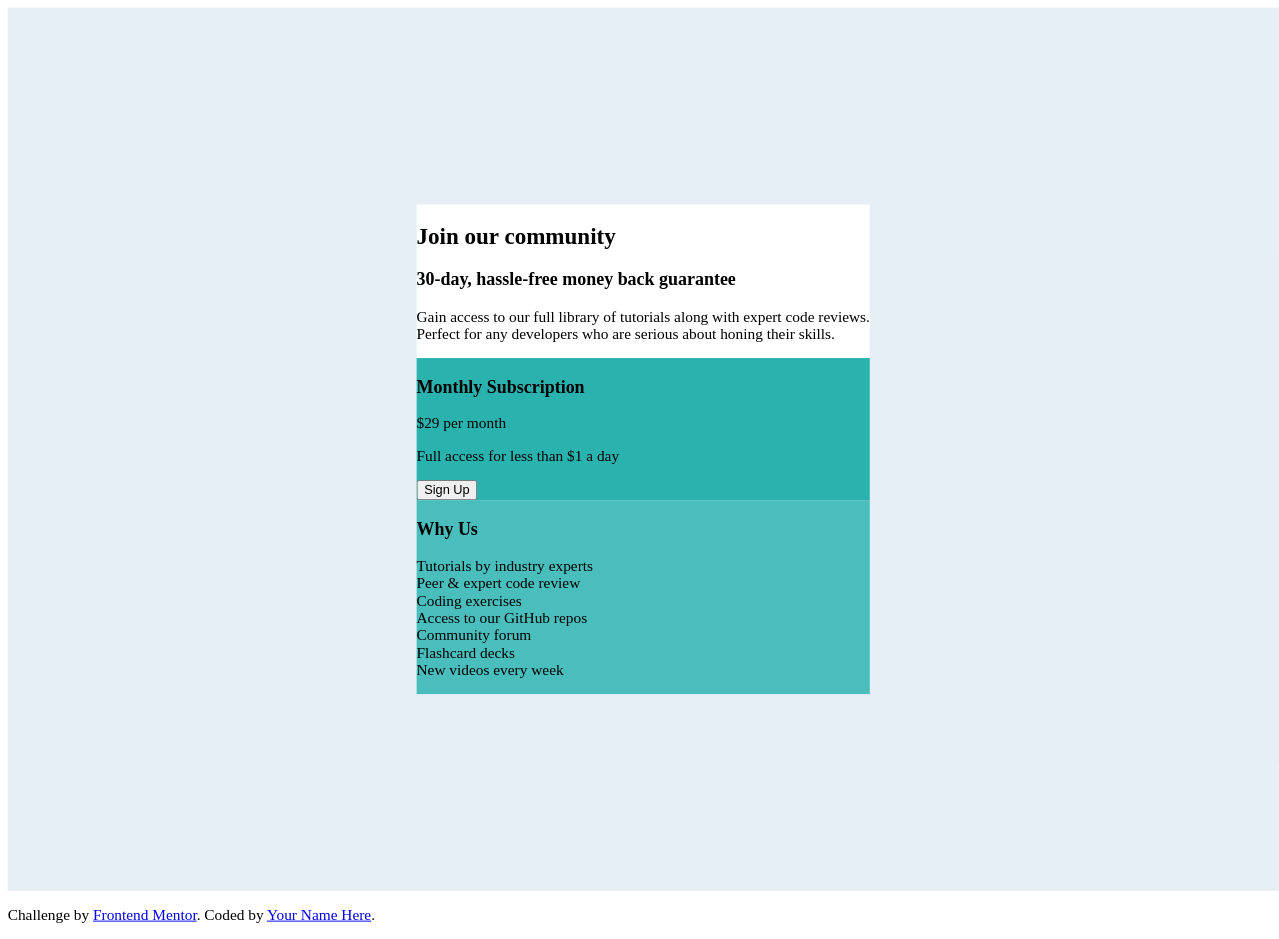
Repository: jminervino/PriceGridComponent
Page: index.html
The author's editor kept a copy of each file at every save. The page is drawn from the files as they stood at one save, then again after the next save.
The browser window is 1280 px wide. The page is 1332 px wide, so the pictures cover 1332 px, including what lies to the right of the window. The pictures show the whole page, at 96% of full size.

Above is the page before, as saved 2022-02-07 11:03:22.

### index.html
<!DOCTYPE html>
<html lang="en">
<head>
  <meta charset="UTF-8">
  <meta name="viewport" content="width=device-width, initial-scale=1.0"> <!-- displays site properly based on user's device -->

  <link rel="icon" type="image/png" sizes="32x32" href="./images/favicon-32x32.png">
  <link rel="stylesheet" href="style.css">

  <title>Frontend Mentor | Single Price Grid Component</title>

  <!-- Feel free to remove these styles or customise in your own stylesheet 👍 -->
  <style>
    .attribution { font-size: 11px; text-align: center; }
    .attribution a { color: hsl(228, 45%, 44%); }
  </style>
</head>
<body>
    <section>
        <div class="container">
            <div class="box-one">
                <h2>Join our community</h2>
                <h3>30-day, hassle-free money back guarantee</h3>
                <p>
                    Gain access to our full library of tutorials along with expert code reviews. <br>
                    Perfect for any developers who are serious about honing their skills.
                </p>
            </div>
            <div class="box-two">
                <h3>Monthly Subscription</h3>
                <p><span>&dollar;</span>29 per month</p>
                <p>Full access for less than &dollar;1 a day</p>
                <button>Sign Up</button>
            </div>
            <div class="box-three">
                <h3>Why Us</h3>
                <p>
                    Tutorials by industry experts <br>
                    Peer &amp; expert code review <br>
                    Coding exercises <br>
                    Access to our GitHub repos <br>
                    Community forum <br>
                    Flashcard decks <br>
                    New videos every week <br>
                </p>
            </div>
        </div>
    </section>
  <footer>
    <p>
      Challenge by <a href="https://www.frontendmentor.io?ref=challenge" target="_blank">Frontend Mentor</a>.
      Coded by <a href="#">Your Name Here</a>.
    </p>
  </footer>
</body>
</html>

### style.css
@import url('https://fonts.googleapis.com/css2?family=Karla:ital,wght@0,200;1,200&family=Open+Sans+Condensed:wght@300&family=Quicksand:wght@300;400;500;600;700&display=swap');


section {
    min-height: 100vh;
    width: 100%;
    display: flex;
    align-items: center;
    justify-content: center;
    background-color: hsl(204, 43%, 93%);
    padding: 100px 30px;

}

.container {
    display: grid;

    grid-auto-rows: minmax(50px, auto);

}

.box-one  {
    background-color: #ffffff;
}

.box-two {
    background-color: hsl(179, 62%, 43%);
}

.box-three {
    background-color: #4abebd;
}

After the next save:
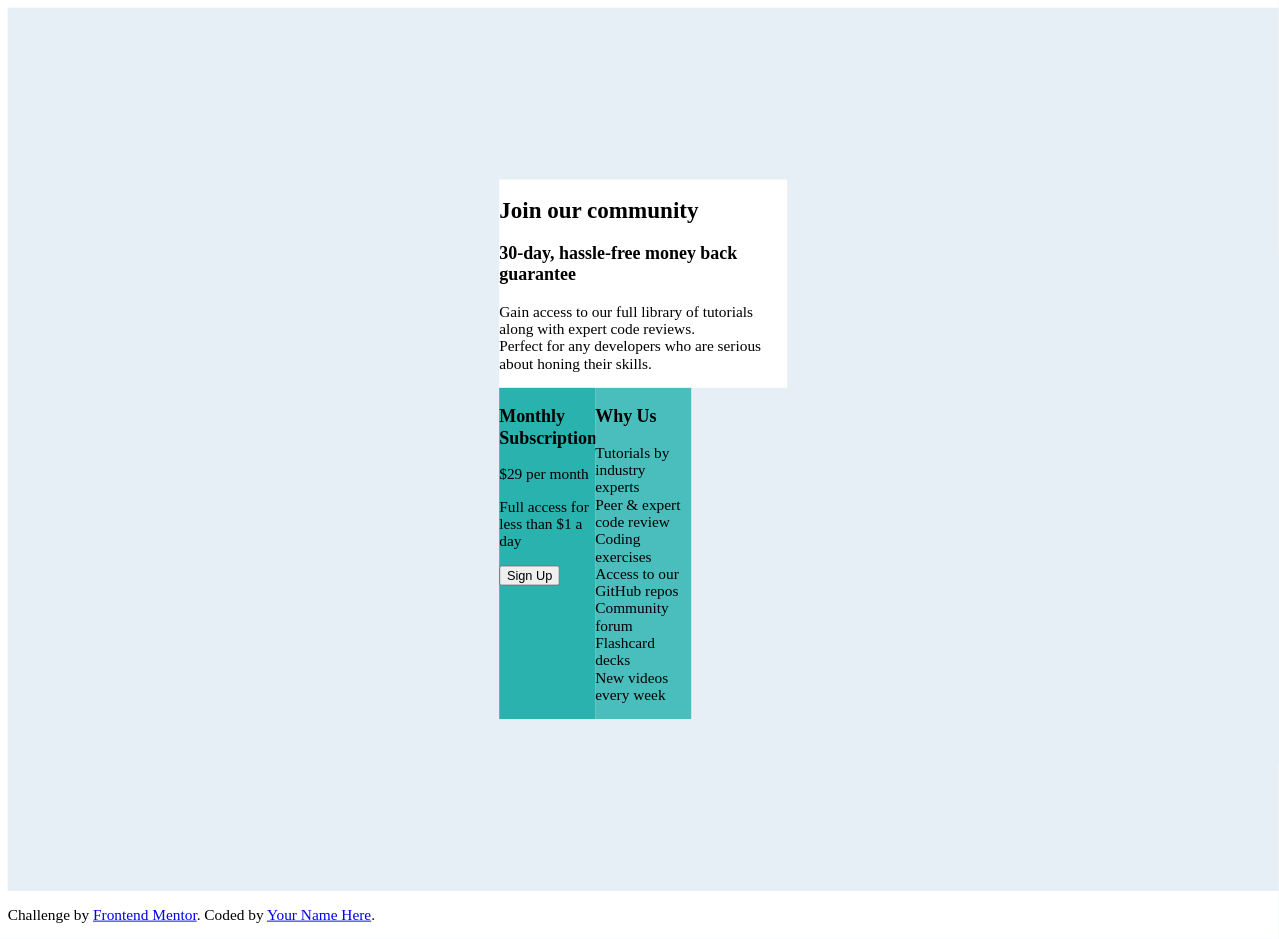
Saved 7 s later.
--- a/style.css
+++ b/style.css
@@ -14,13 +14,14 @@ section {
 
 .container {
     display: grid;
-
+    grid-template-columns: 100px 100px 100px;
     grid-auto-rows: minmax(50px, auto);
 
 }
 
 .box-one  {
     background-color: #ffffff;
+    grid-column: 1/4;
 }
 
 .box-two {
